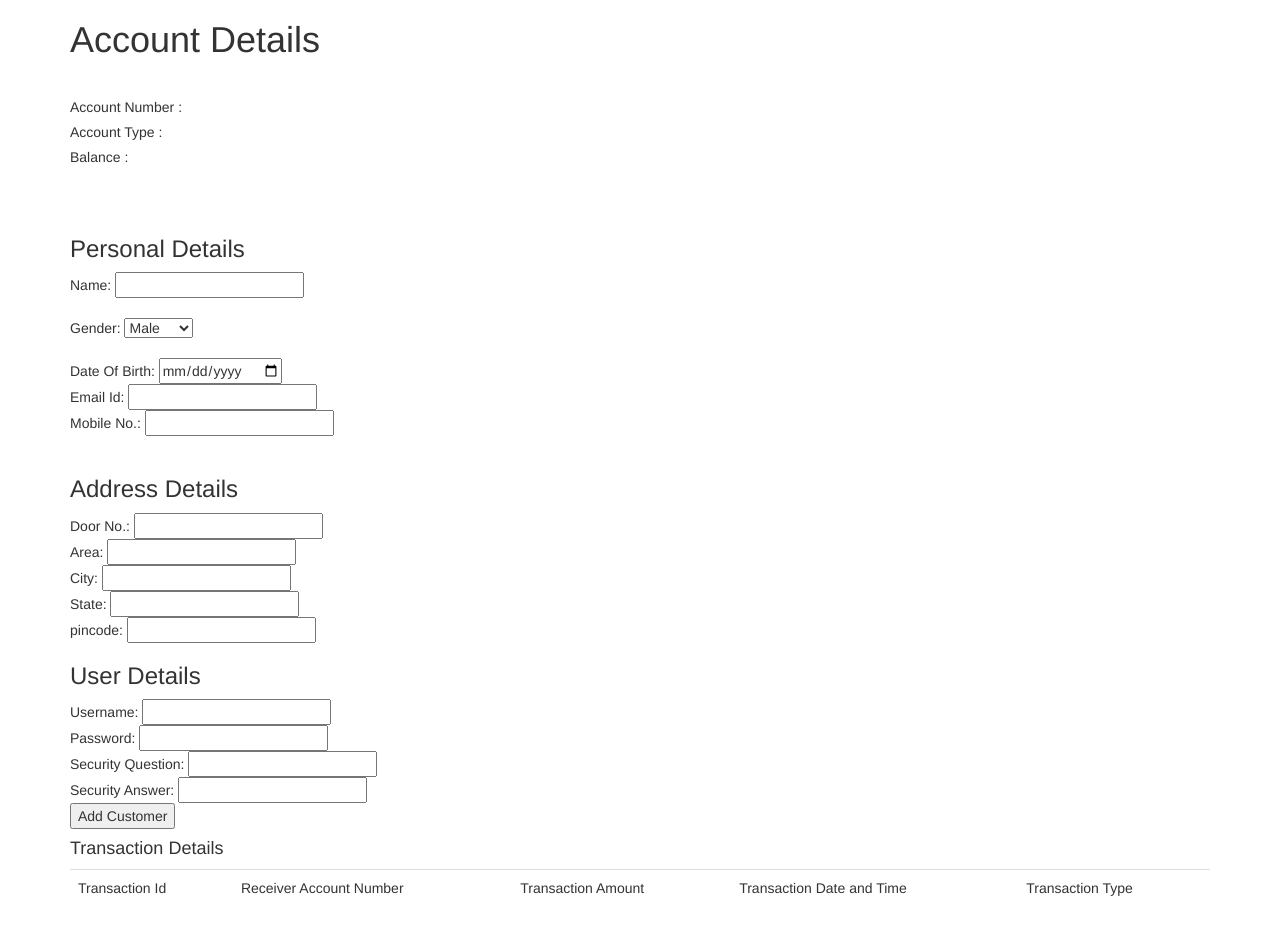
Repository: Shubham-Gawade/SpringHibernateTraining
Page: http://localhost/xorbankonline/WEB-INF/pages/showaccount.jsp
The author's editor kept a copy of each file at every save. The page is drawn from the files as they stood at one save, then again after the next save.
The browser window is 1280 px wide. The pictures show the whole page.
The page is served by Tomcat 9. Nobody is signed in. Other server files are loaded and not shown. The template is opened directly, without the code that normally fills it, so the values that code supplies are empty.

Above is the page before, as saved 2021-10-07 03:32:02.

### xorbankonline/src/main/webapp/WEB-INF/pages/showaccount.jsp
<%@ page language="java" contentType="text/html; charset=ISO-8859-1"
    pageEncoding="ISO-8859-1"%>
<%@taglib uri="http://java.sun.com/jsp/jstl/core" prefix="c"%>
<%@ taglib prefix="form" uri="http://www.springframework.org/tags/form" %>
<!DOCTYPE html>
<html>
<head>
<meta charset="ISO-8859-1">
<title>Insert title here</title>
<link rel="stylesheet" href="https://maxcdn.bootstrapcdn.com/bootstrap/3.3.7/css/bootstrap.min.css">
</head>
<body  class="container">
<h1>Account Details</h1>
	<br>
	<h5>Account Number : ${account.accountNumber}</h5>
	<h5>Account Type : ${account.accountType}</h5>
	<h5>Balance : ${account.balance}</h5>
	<br>

	<form:form action="addcustomer" method="post" modelAttribute="customerObj">
		<br/>
		<h3>Personal Details</h3>
		Name: <form:input path="personName" type="text"/><br/><br/>
		Gender:
		<select name="gender">
		  <option value="MALE">Male</option>
		  <option value="FEMALE">Female</option>
		</select><br/><br/>
		Date Of Birth: <input name="dateOfBirth" type="date"/><br/>
		Email Id: <form:input path="emailId" type="email"/><br/>
		Mobile No.: <form:input path="mobileNo" type="number"/><br/>

		<br/>
		<h3>Address Details</h3>
		Door No.: <form:input path="address.doorNo" type="text"/><br/>
		Area: <form:input path="address.area" type="text"/><br/>
		City: <form:input path="address.city" type="text"/><br/>
		State: <form:input path="address.state" type="text"/><br/>
		pincode: <form:input path="address.pincode" type="text"/><br/>

		<h3>User Details</h3>
		Username: <form:input path="user.userName" type="text"/><br/>
		Password: <form:input path="user.password" type="password"/><br/>
		Security Question: <form:input path="user.securityQuestion" type="text"/><br/>
		Security Answer: <form:input path="user.securityAnswer" type="text"/><br/>
		<input type="submit" value="Add Customer"/>
	</form:form>

	<h4>Transaction Details</h4>
	<table class="table">
		<tr>
			<td>Transaction Id</td>
			<td>Receiver Account Number</td>
			<td>Transaction Amount </td>
			<td>Transaction Date and Time</td>
			<td>Transaction Type</td>
		</tr>
		<c:forEach items="${account.transactions}" var="transaction">
			<tr>
				<td>${transaction.transactionId}</td>
				<td>${transaction.receiverAccountNumber}</td>
				<td>${transaction.transactionAmount}</td>
				<td>${transaction.transactionDate}</td>
				<td>${transaction.transactionType}</td>
			</tr>
		</c:forEach>
	</table>
</body>
</html>

After the next save:
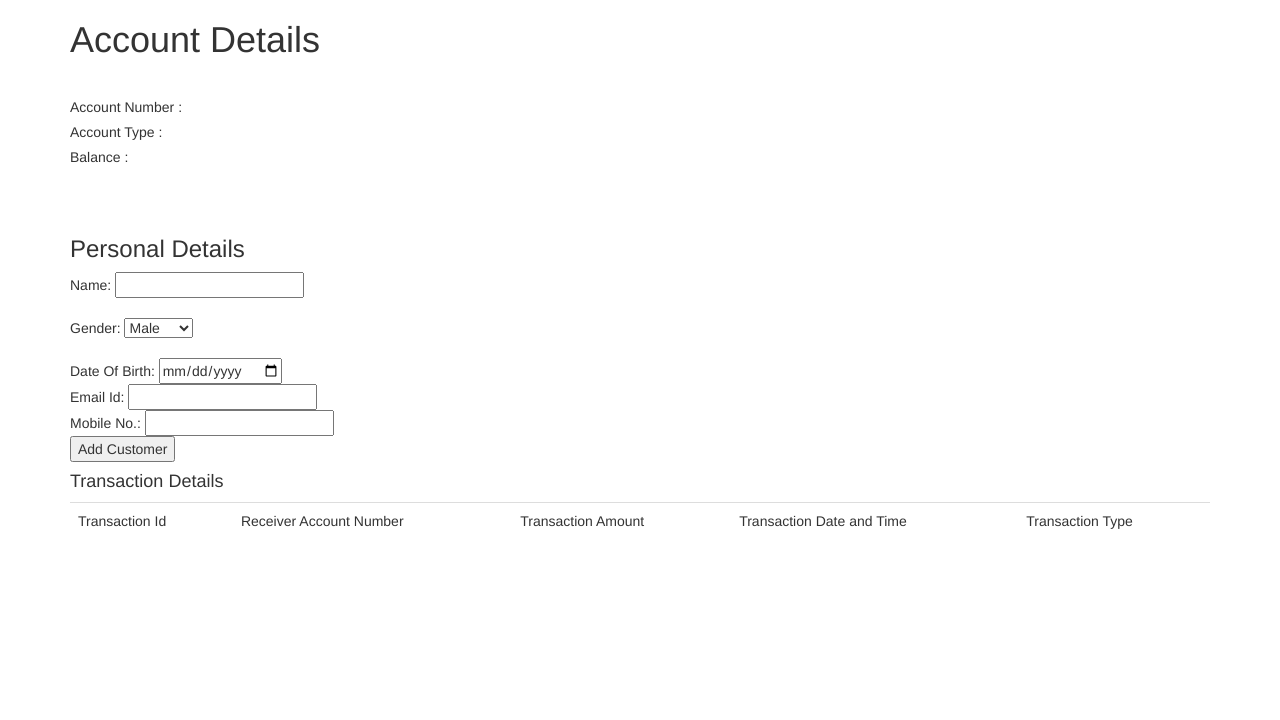
Saved 17 s later.
--- a/xorbankonline/src/main/webapp/WEB-INF/pages/showaccount.jsp
+++ b/xorbankonline/src/main/webapp/WEB-INF/pages/showaccount.jsp
@@ -29,20 +29,6 @@
 		Date Of Birth: <input name="dateOfBirth" type="date"/><br/>
 		Email Id: <form:input path="emailId" type="email"/><br/>
 		Mobile No.: <form:input path="mobileNo" type="number"/><br/>
-
-		<br/>
-		<h3>Address Details</h3>
-		Door No.: <form:input path="address.doorNo" type="text"/><br/>
-		Area: <form:input path="address.area" type="text"/><br/>
-		City: <form:input path="address.city" type="text"/><br/>
-		State: <form:input path="address.state" type="text"/><br/>
-		pincode: <form:input path="address.pincode" type="text"/><br/>
-
-		<h3>User Details</h3>
-		Username: <form:input path="user.userName" type="text"/><br/>
-		Password: <form:input path="user.password" type="password"/><br/>
-		Security Question: <form:input path="user.securityQuestion" type="text"/><br/>
-		Security Answer: <form:input path="user.securityAnswer" type="text"/><br/>
 		<input type="submit" value="Add Customer"/>
 	</form:form>
 
